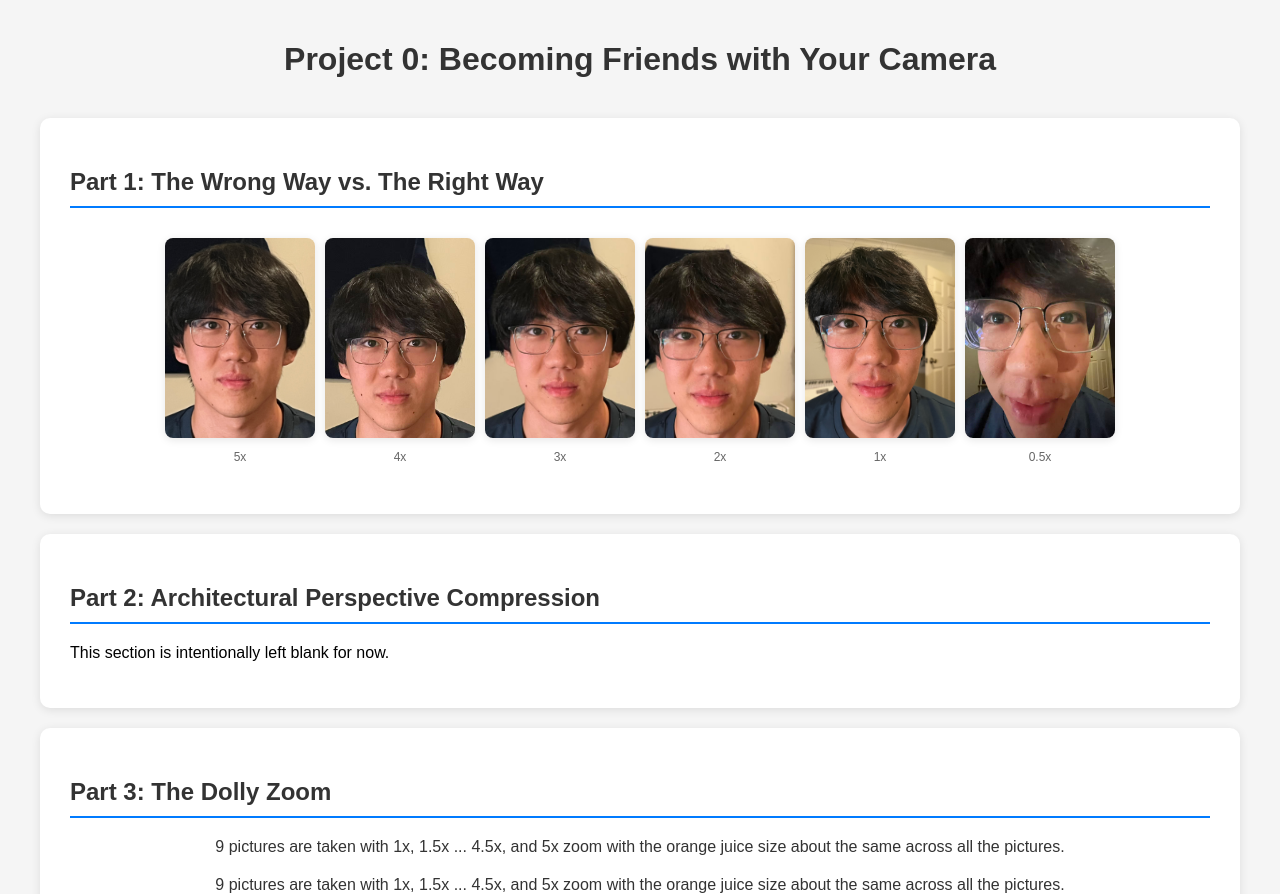
Repository: shuo-yuan/shuo-yuan.github.io
Page: 0/index.html
These files come from the project's save history. The page is drawn as it stood at one moment and after the next save; the edit follows.
The browser window is 1280 px wide. The pictures show the part of the page from y = 0 to 894 px (the page is 1288 px tall).
A picture or video elsewhere on the page could not be fetched, so the positions and the page height are approximate.

Above is the page before, as saved 2025-09-02 02:23:17.

### 0/index.html
<!DOCTYPE html>
<html lang="en">
<head>
    <meta charset="UTF-8">
    <meta name="viewport" content="width=device-width, initial-scale=1.0">
    <title>Project 0: Becoming Friends with Your Camera</title>
    <style>
        body {
            font-family: Arial, sans-serif;
            max-width: 1200px;
            margin: 0 auto;
            padding: 20px;
            background-color: #f5f5f5;
        }

        .part {
            background: white;
            margin: 20px 0;
            padding: 30px;
            border-radius: 10px;
            box-shadow: 0 2px 10px rgba(0,0,0,0.1);
        }

        .part h2 {
            color: #333;
            border-bottom: 2px solid #007bff;
            padding-bottom: 10px;
            margin-bottom: 20px;
        }


        .gif-container {
            text-align: center;
        }

        .gif-container img {
            max-width: 60%;
            height: auto;
            border-radius: 8px;
            box-shadow: 0 4px 15px rgba(0,0,0,0.2);
        }

        .gif-container p {
            margin-top: 15px;
            color: #666;
            font-size: 14px;
        }

        .selfie-row {
            display: flex;
            justify-content: center;
            align-items: center;
            gap: 10px;
            margin: 30px 0 20px 0;
            flex-wrap: wrap;
        }

        .selfie-item {
            display: flex;
            flex-direction: column;
            align-items: center;
            text-align: center;
        }

        .selfie-row img {
            max-width: 200px;
            max-height: 200px;
            width: auto;
            height: auto;
            border-radius: 8px;
            box-shadow: 0 2px 8px rgba(0,0,0,0.1);
            object-fit: cover;
            margin-bottom: 8px;
        }

        .selfie-caption {
            font-size: 12px;
            color: #666;
            font-weight: 500;
            margin-top: 4px;
        }
    </style>
</head>
<body>
    <h1 style="text-align: center; color: #333; margin-bottom: 40px;">Project 0: Becoming Friends with Your Camera</h1>

    <div class="part part1">
        <h2>Part 1: The Wrong Way vs. The Right Way</h2>
        <div class="selfie-row">
            <div class="selfie-item">
                <img src="media/selfie_5.jpg" alt="Selfie 5x">
                <div class="selfie-caption">5x</div>
            </div>
            <div class="selfie-item">
                <img src="media/selfie_4.jpg" alt="Selfie 4x">
                <div class="selfie-caption">4x</div>
            </div>
            <div class="selfie-item">
                <img src="media/selfie_3.jpg" alt="Selfie 3x">
                <div class="selfie-caption">3x</div>
            </div>
            <div class="selfie-item">
                <img src="media/selfie_2.jpg" alt="Selfie 2x">
                <div class="selfie-caption">2x</div>
            </div>
            <div class="selfie-item">
                <img src="media/selfie_1.jpg" alt="Selfie 1x">
                <div class="selfie-caption">1x</div>
            </div>
            <div class="selfie-item">
                <img src="media/selfie_05.jpg" alt="Selfie 0.5x">
                    <div class="selfie-caption">0.5x</div>
            </div>
        </div>
    </div>

    <div class="part part2">
        <h2>Part 2: Architectural Perspective Compression</h2>
        <div class="part2">
            <p>This section is intentionally left blank for now.</p>
        </div>
    </div>

    <div class="part part3">
        <h2>Part 3: The Dolly Zoom</h2>
        <p style="text-align: center; margin-bottom: 20px; color: #333; font-size: 16px;">9 pictures are taken with 1x, 1.5x ... 4.5x, and 5x zoom with the orange juice size about the same across all the pictures.</p>
        <p style="text-align: center; margin-bottom: 20px; color: #333; font-size: 16px;">9 pictures are taken with 1x, 1.5x ... 4.5x, and 5x zoom with the orange juice size about the same across all the pictures.</p>
        <div class="gif-container">
            <img src="../0/media/recurring_animation.gif" alt="Recurring Animation GIF" onerror="this.style.display='none'; this.nextElementSibling.style.display='block';">
        </div>
    </div>
</body>
</html>

After the next save:
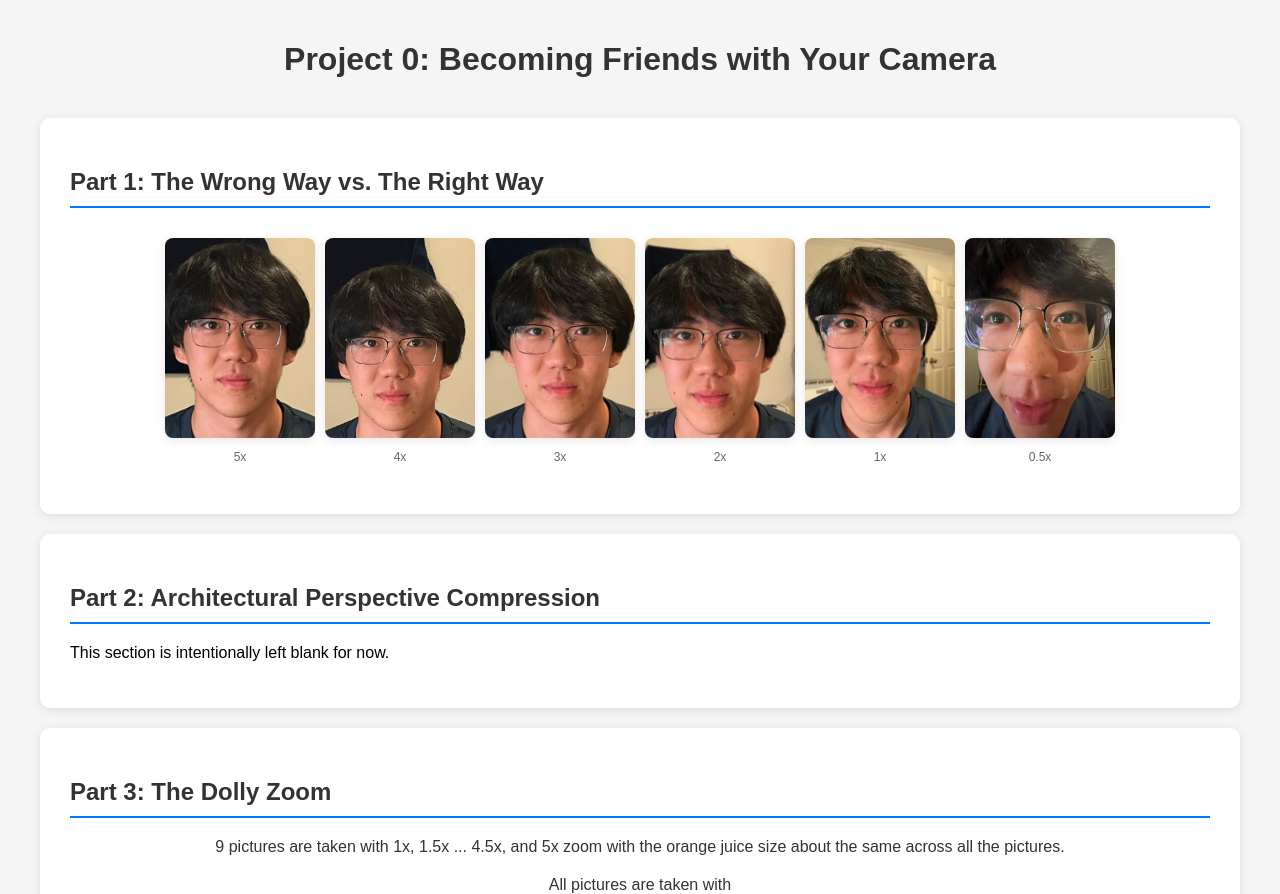
Saved 25 s later.
--- a/0/index.html
+++ b/0/index.html
@@ -124,7 +124,7 @@
     <div class="part part3">
         <h2>Part 3: The Dolly Zoom</h2>
         <p style="text-align: center; margin-bottom: 20px; color: #333; font-size: 16px;">9 pictures are taken with 1x, 1.5x ... 4.5x, and 5x zoom with the orange juice size about the same across all the pictures.</p>
-        <p style="text-align: center; margin-bottom: 20px; color: #333; font-size: 16px;">9 pictures are taken with 1x, 1.5x ... 4.5x, and 5x zoom with the orange juice size about the same across all the pictures.</p>
+        <p style="text-align: center; margin-bottom: 20px; color: #333; font-size: 16px;">All pictures are taken with </p>
         <div class="gif-container">
             <img src="../0/media/recurring_animation.gif" alt="Recurring Animation GIF" onerror="this.style.display='none'; this.nextElementSibling.style.display='block';">
         </div>
